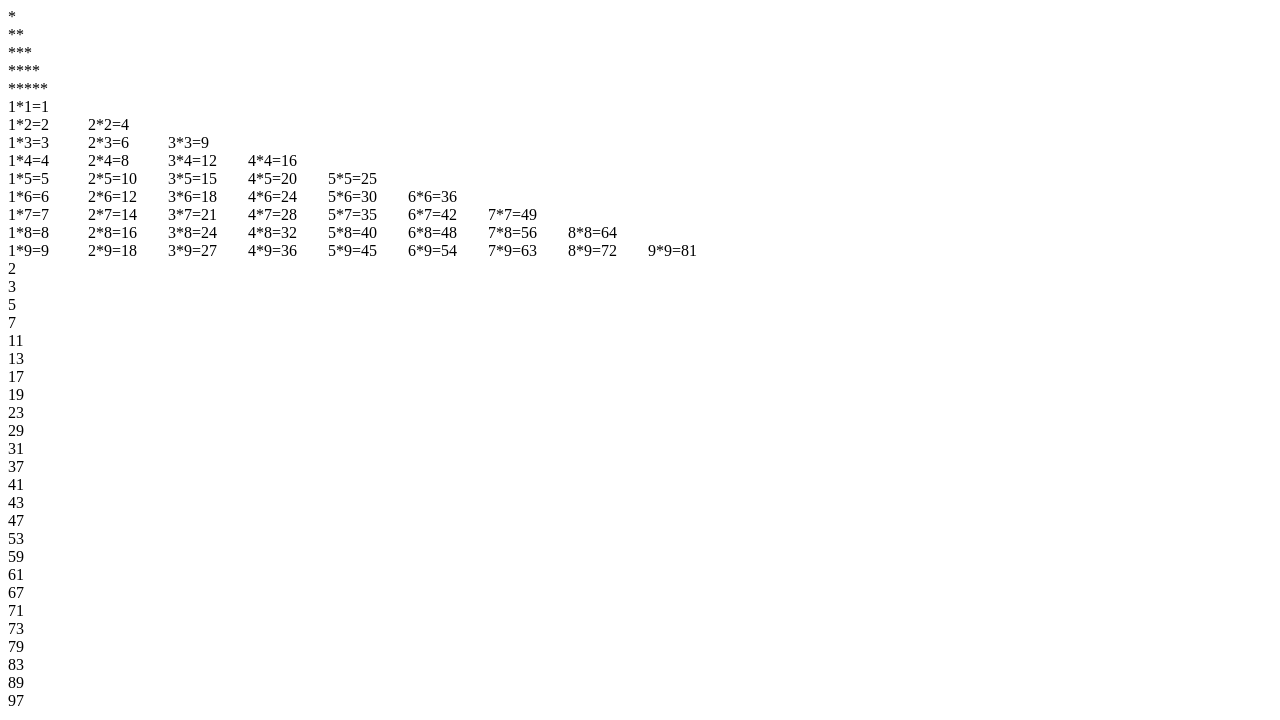
Repository: w441813542/webrecord
Page: JavaScript部分/20for循环练习.html
An editor plug-in stored every save of this project. The page is shown before and after the next save, followed by the edit.
The browser window is 1280 px wide. The pictures show the whole page.

Above is the page before, as saved 2021-03-18 10:49:12.

After the next save:
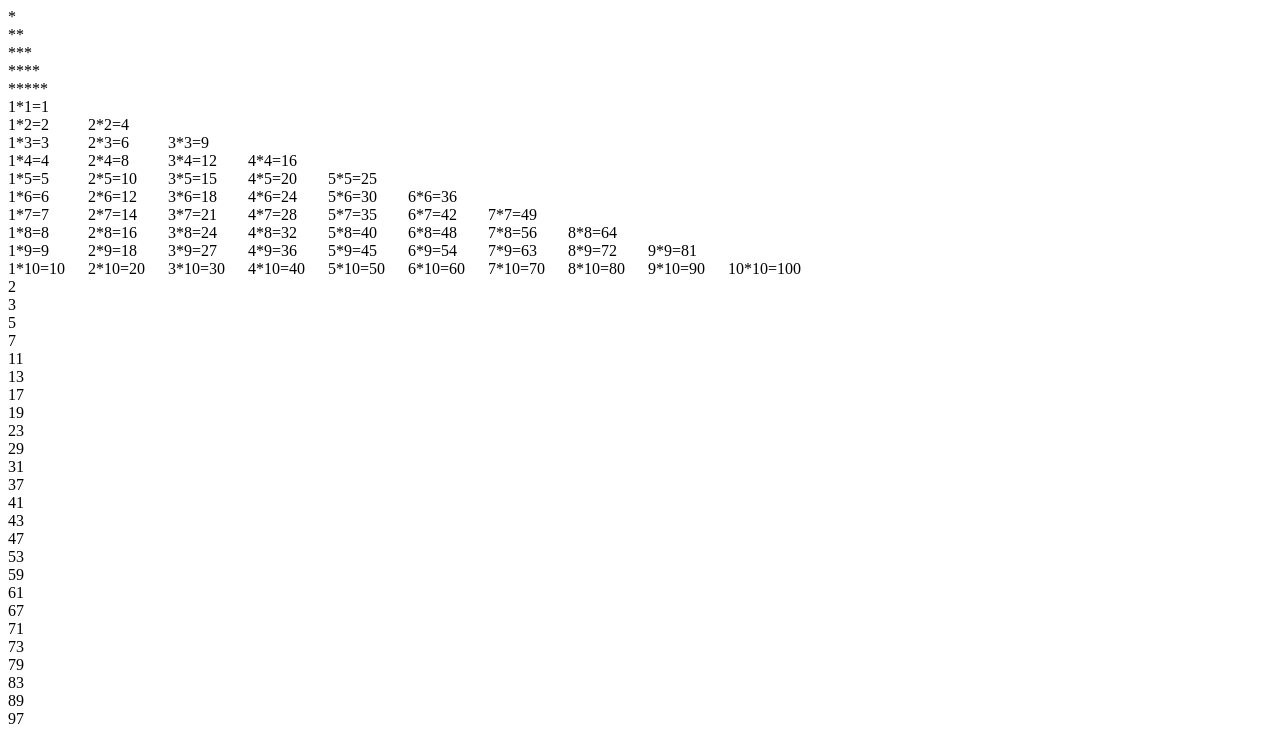
Saved 38 s later.
--- a/JavaScript部分/20for循环练习.html
+++ b/JavaScript部分/20for循环练习.html
@@ -32,7 +32,7 @@
          * 打印九九乘法表
          */
 
-        for (var i = 1; i <= 9; i++) {
+        for (var i = 1; i <= 10; i++) {
             for (var j = 1; j <= i; j++) {
                 document.write("<span>" + j + "*" + i + "=" + (i * j) + "</span>");
             }
